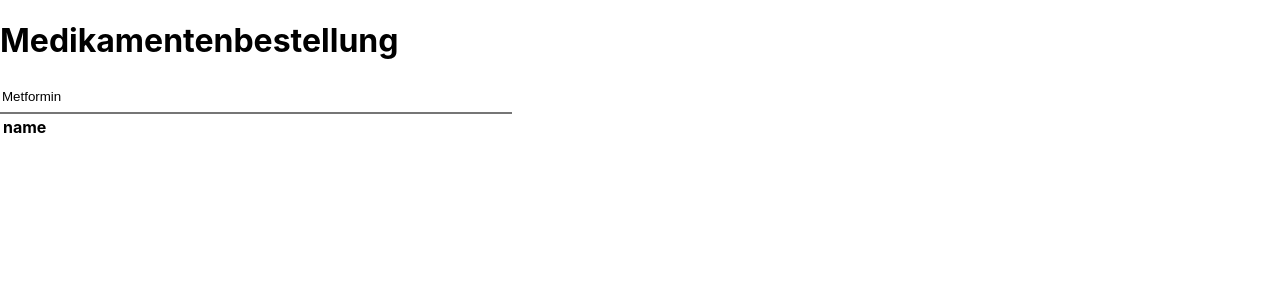
Repository: Esatollah/MedDemo
Page: / (app in client/)
These files come from the project's save history. The page is drawn as it stood at one moment and after the next save; the edit follows.
The browser window is 1280 px wide. The pictures show the whole page.
The page's requests for data from a server got no answer. The project was rebuilt for these pictures with package versions that can differ from the ones it lists, and the page was loaded fresh each time. No one was signed in, and anything a server would have sent is missing. Also part of the build but not shown: client/src/App.css.

Above is the page before, as saved 2022-05-31 16:06:29.

### client/src/App.js
import './App.css';
import SearchBar from './components/Search';
function App() {
  return (
    <div>
      <SearchBar></SearchBar>
    </div>
  );
}

export default App;

### client/src/components/Search.jsx
import React, {useState, useEffect} from 'react'
import DrugAPI from '../api/DrugAPI';
import './Search.css'
const Search = () => {
  const [searchinput, setSearchinput] = useState("Metformin");
  const [drugs, setDrugs] = useState([]);

  useEffect(() => {
    const fetchData = async () => {
      try {
        const result = await DrugAPI.get(`/?drugsearch=${searchinput}`)
        setDrugs(result.data.meds)
      } catch (err) {
        console.error(err);
      }
    }

    fetchData();

  }, [searchinput])

  return (
    <>
        <h1>Medikamentenbestellung</h1>
        <input type="search" name="" id="okhre" value={searchinput} onChange={e => setSearchinput(e.target.value)}/>
        <div className='table-box'>
        <table>
          <thead>
            <tr>
              <th scope='col'>
                name
              </th>
            </tr>
          </thead>
          <tbody>
            {drugs && drugs.map((x) => {
              return (
                <tr key={x.id}>
                <td>{x.name}</td>
                </tr>
              )
            })}
          </tbody>

        </table>
        </div>
    </>
    )
}

export default Search

### client/src/api/DrugAPI.js
import axios from 'axios'

export default axios.create({
    baseURL: "http://localhost:5000/api"
})

### client/src/components/Search.css
#okhre {
    width:40%;
    height: 2rem;
    outline:none;
    border-top: hidden;
    border-right: hidden;
    border-left: hidden;
}

.table-box {
    max-height: 400px;
    overflow-y: auto;
}

Loaded but not shown: client/public/index.html (common file); client/src/index.js (common file); client/src/index.css (common file)

After the next save:
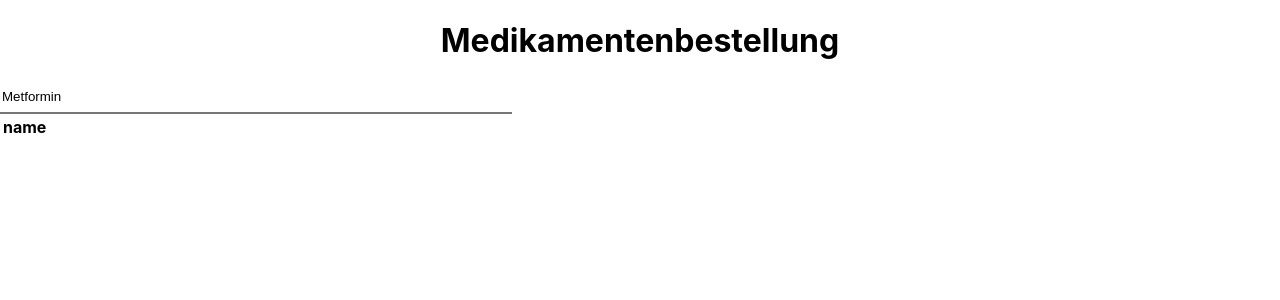
Saved 37 s later.
--- a/client/src/components/Search.css
+++ b/client/src/components/Search.css
@@ -11,3 +11,8 @@
     max-height: 400px;
     overflow-y: auto;
 }
+
+h1 {
+    display:flex;
+    justify-content: center;
+}
